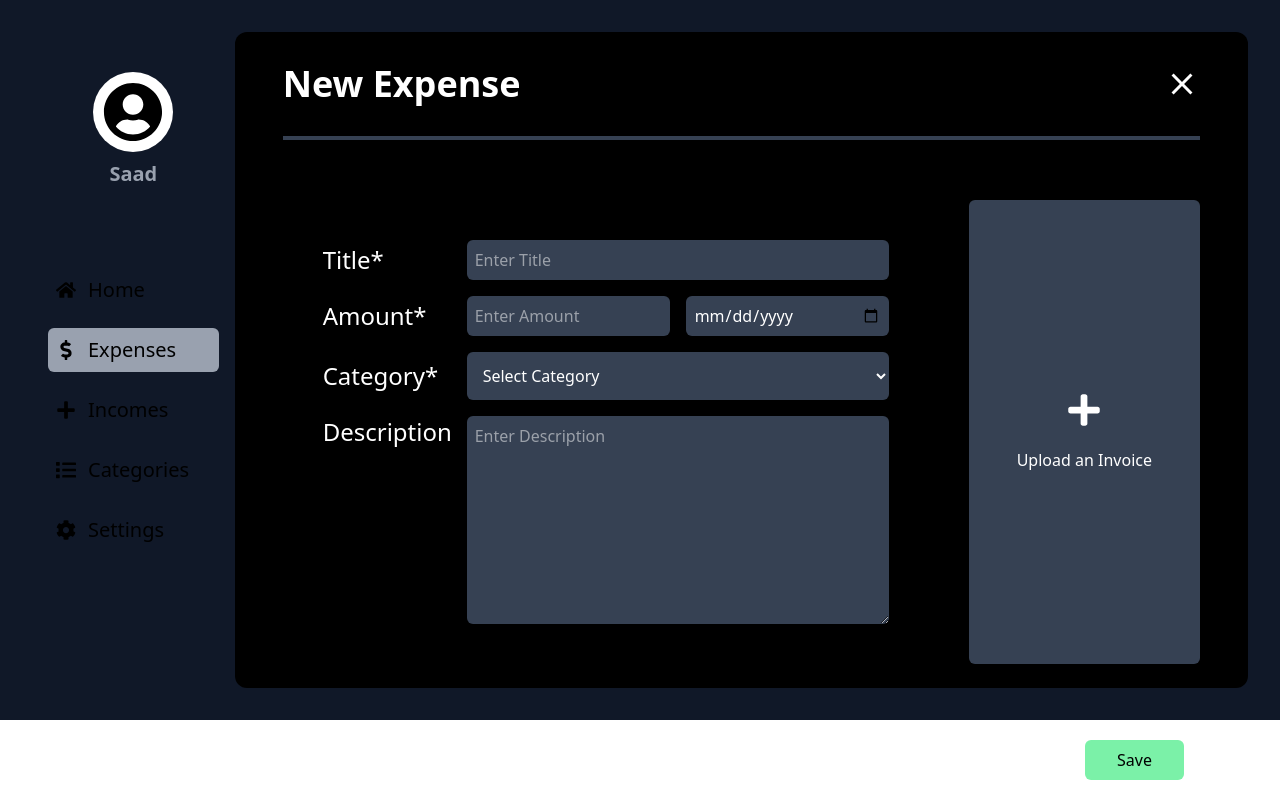
Repository: saad-naveed-brainx/Expense
Page: /expenses
An editor plug-in stored every save of this project. The page is shown before and after the next save, followed by the edit.
The browser window is 1280 px wide. The pictures show the whole page.
The project was rebuilt for these pictures with package versions that can differ from the ones it lists, and the page was loaded fresh each time. Also part of the build but not shown: vite.config.js, src/components/LandingPage.jsx, src/components/NotUsed.jsx.

Above is the page before, as saved 2025-09-04 17:44:17.

After the next save:
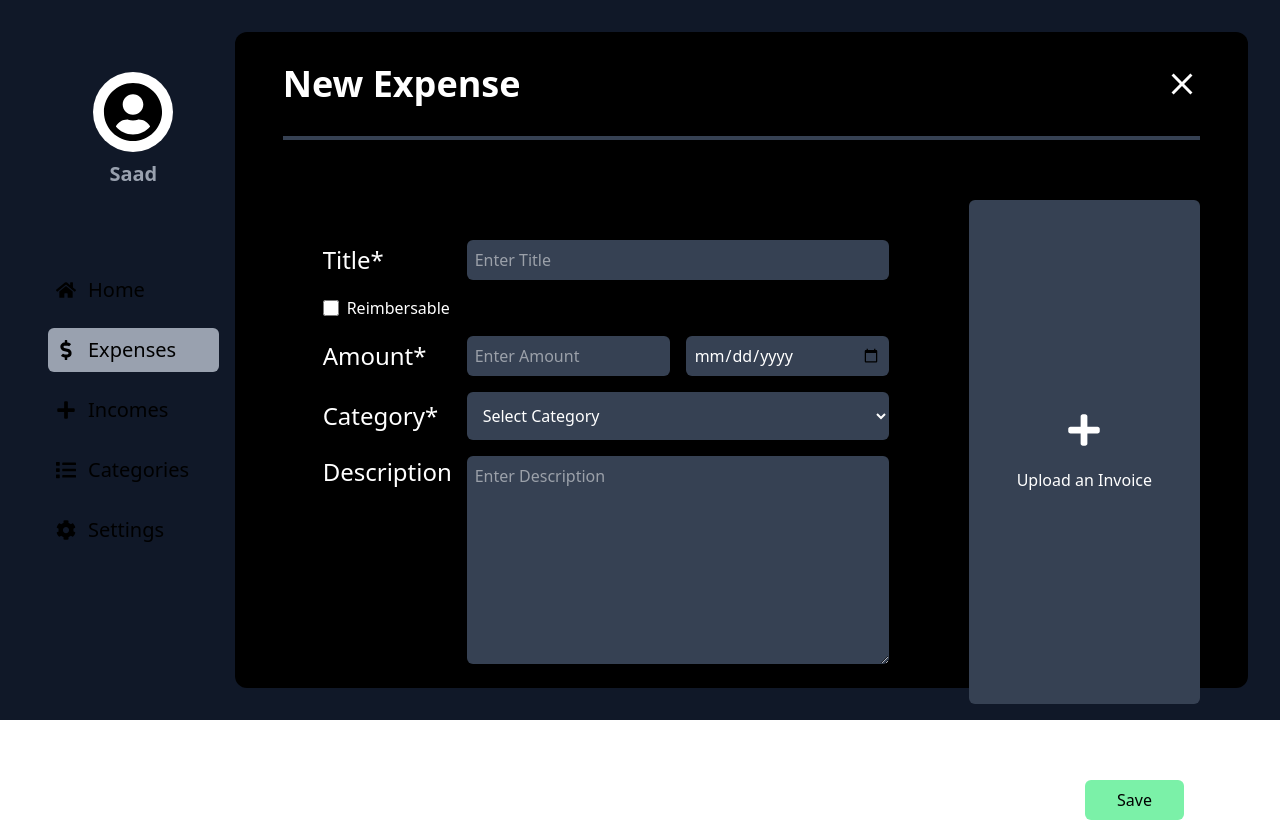
Saved 5 s later.
--- a/src/components/Expenses.jsx
+++ b/src/components/Expenses.jsx
@@ -32,7 +32,10 @@ export default function Expenses() {
               <h1 className='text-2xl w-32 shrink-0'>Title*</h1>
               <input type="text" placeholder='Enter Title' className='bg-gray-700 rounded-md p-2 flex-1 min-w-0' {...register("title", {required:true})} />
             </div>
-
+            <div className='flex gap-2 items-center'>
+              <input type="checkbox" name="reimbersable" id="reimbersable" className='w-4 h-4 ' {...register("reimbersable")} />
+              <label htmlFor="reimbersable">Reimbersable</label>
+            </div>
             <div className='flex gap-4 items-center'>
               <h1 className='text-2xl w-32 shrink-0'>Amount*</h1>
               <input
